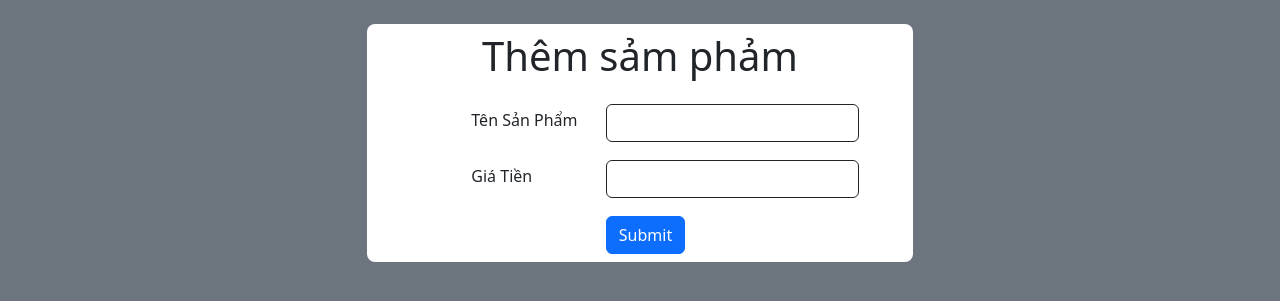
Repository: HT-35/iuh
Page: thi GK/index.html
The author's editor kept a copy of each file at every save. The page is drawn from the files as they stood at one save, then again after the next save.
The browser window is 1280 px wide. The pictures show the whole page.

Above is the page before, as saved 2024-03-25 11:51:35.
Console error: TypeError: Cannot read properties of null (reading 'addEventListener')

### thi GK/index.html
<!DOCTYPE html>
<html lang="en">

<head>
  <meta charset="UTF-8">
  <meta name="viewport" content="width=device-width, initial-scale=1.0">
  <title>Call API from Form Input</title>
  <link href="https://cdn.jsdelivr.net/npm/bootstrap@5.3.3/dist/css/bootstrap.min.css" rel="stylesheet">
</head>

<body class="container bg-secondary">

  <div class="row">

    <div class="col-sm-3 col-md-3 col-lg-3"></div>

    <div class="col-sm-6 col-md-6 col-lg-6">
      <div class="  bg-white rounded-3 p-2 w-100 mt-4">
        <div class="row">

          <div class="title col-sm-12 col-md-12 col-lg-12">
            <h1 class="text-center">Thêm sảm phảm</h1>
          </div>
        </div>

        <form action="#" class="">
          <div class="mb-3 mt-3 row">
            <div class="col-0 col-sm-2 col-md-2 col-lg-2  ">

            </div>
            <div class="col-6 col-sm-4 col-md-4 col-lg-3  ">
              <label for="email" class="form-label p-1">Tên Sản Phẩm</label>
            </div>
            <div class="col-6 col-sm-6 col-md-6 col-lg-6"><input type="email" class="form-control border border-dark"
                id="email" placeholder="" name="email"></div>
          </div>



          <div class="mb-3 mt-3 row">
            <div class="col-0 col-sm-2 col-md-2 col-lg-2  ">

            </div>
            <div class="col-6 col-sm-4 col-md-4 col-lg-3  ">
              <label for="email" class="form-label p-1">Giá Tiền</label>
            </div>
            <div class="col-6 col-sm-6 col-md-6 col-lg-6"><input type="email" class="form-control border border-dark"
                id="email" placeholder="" name="email"></div>
          </div>

          <div class="row">
            <div class=" col-4 col-sm-5 col-md-5 col-lg-5 "></div>
            <div class=" col-6 col-sm-3 col-md-3 col-lg-3 "><button type="submit"
                class="btn  btn-primary">Submit</button>
            </div>
            <div class=" col-6 col-sm-4 col-md-4 col-lg-4 "></div>

          </div>
        </form>
        <div id="result"></div>
      </div>

    </div>


    <div class="col-sm-3 col-md-3 col-lg-3"></div>
  </div>



  <script src="https://cdn.jsdelivr.net/npm/bootstrap@5.3.3/dist/js/bootstrap.bundle.min.js"></script>
  <script src="script.js"></script>
</body>

</html>

### thi GK/script.js
document.addEventListener("DOMContentLoaded", function () {
  document
    .getElementById("apiForm")
    .addEventListener("submit", function (event) {
      event.preventDefault(); // Ngăn chặn sự kiện mặc định của form

      var inputData = document.getElementById("inputData").value; // Lấy dữ liệu từ input

      // Gửi yêu cầu fetch đến API
      fetch("URL_API_CỦA_BẠN", {
        method: "POST",
        headers: {
          "Content-Type": "application/json",
        },
        body: JSON.stringify({ data: inputData }),
      })
        .then((response) => {
          if (!response.ok) {
            throw new Error("Network response was not ok");
          }
          return response.json();
        })
        .then((data) => {
          // Xử lý dữ liệu trả về từ API
          document.getElementById("result").innerText =
            "API Response: " + JSON.stringify(data);
        })
        .catch((error) => {
          // Xử lý lỗi
          console.error("Error:", error);
          document.getElementById("result").innerText =
            "Error: " + error.message;
        });
    });
});

After the next save:
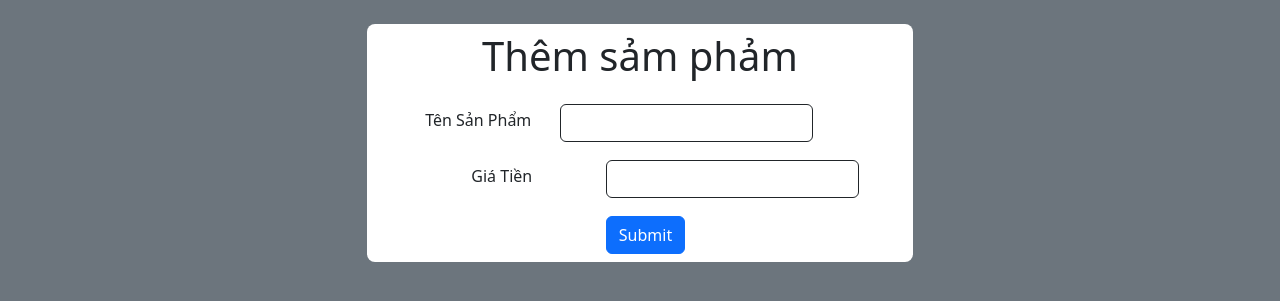
Saved 13 s later.
--- a/thi GK/index.html
+++ b/thi GK/index.html
@@ -25,7 +25,7 @@
 
         <form action="#" class="">
           <div class="mb-3 mt-3 row">
-            <div class="col-0 col-sm-2 col-md-2 col-lg-2  ">
+            <div class="col-0 col-sm-2 col-md-2 col-lg-1  ">
 
             </div>
             <div class="col-6 col-sm-4 col-md-4 col-lg-3  ">
